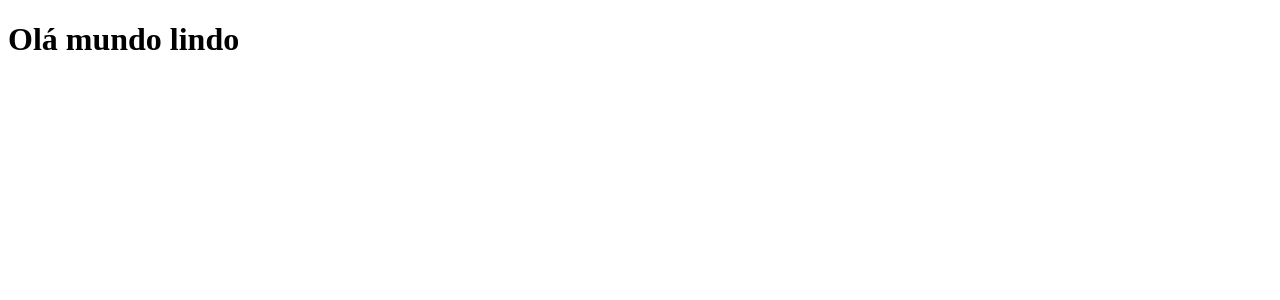
Repository: viniciusfg05/AnnotationReacts
Page: /
These files come from the project's save history. The page is drawn as it stood at one moment and after the next save; the edit follows.
The browser window is 1280 px wide. The pictures show the whole page.
The project was rebuilt for these pictures with package versions that can differ from the ones it lists, and the page was loaded fresh each time. Also part of the build but not shown: webpack.config.js.

Above is the page before, as saved 2022-02-17 11:06:06.

After the next save:
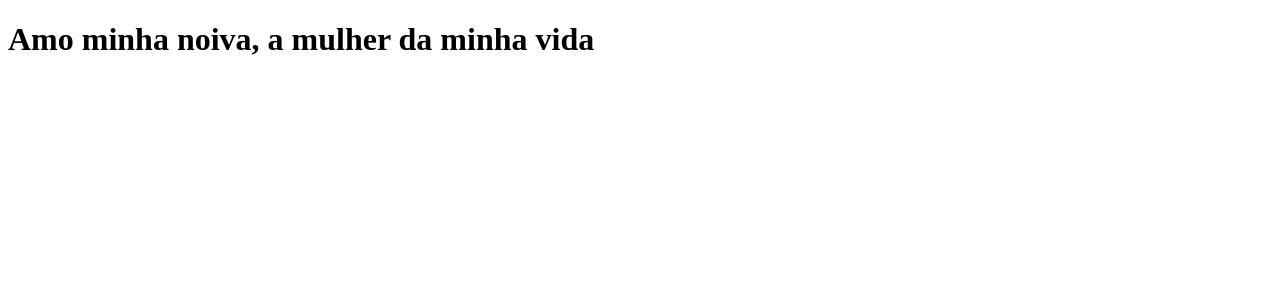
Saved 109 s later.
--- a/src/App.jsx
+++ b/src/App.jsx
@@ -1,3 +1,3 @@
 export function App() {
-  return <h1>Olá mundo lindo</h1>
+  return <h1>Amo minha noiva, a mulher da minha vida</h1>
 }
